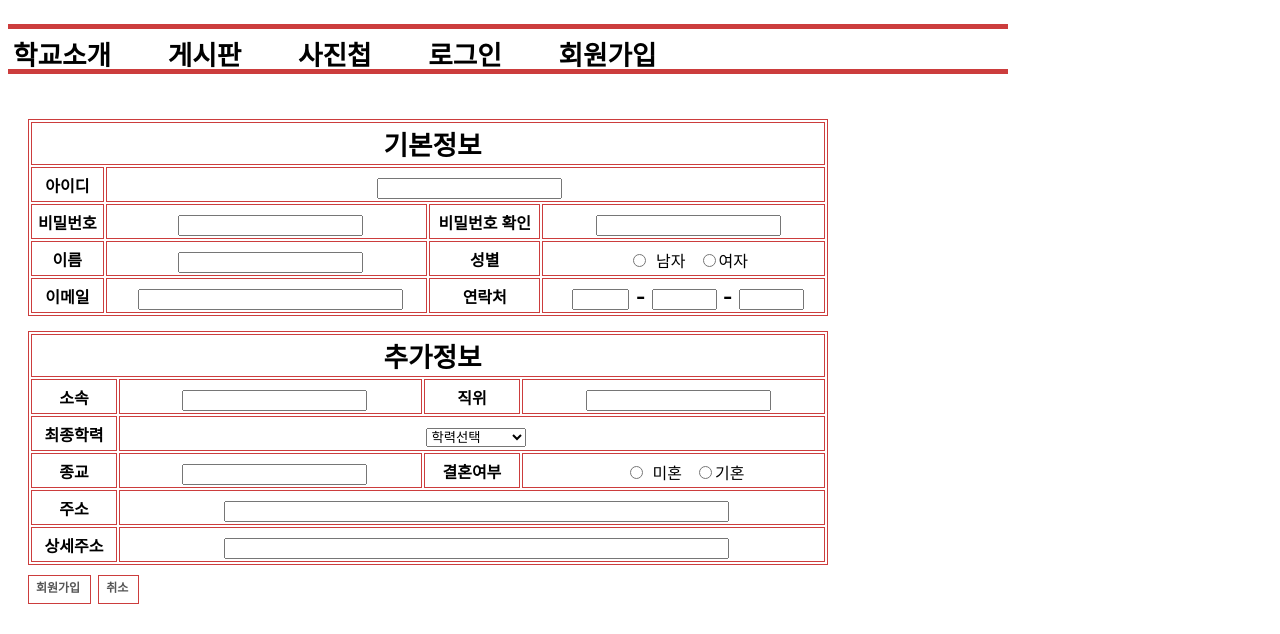
Repository: asaf0813/aisw
Page: java/이클립스/workspace/html/htmltest/WebContent/member/join.html
The author's editor kept a copy of each file at every save. The page is drawn from the files as they stood at one save, then again after the next save.
The browser window is 1280 px wide. The pictures show the part of the page from y = 158 to 792 px (the page is 792 px tall).

Above is the page before, as saved 2019-10-03 10:59:16.

### java/이클립스/workspace/html/htmltest/WebContent/member/join.html
<!doctype html>
<html lang="en">
	<head>
		<meta charset="UTF-8">
		<meta name="Generator" content="EditPlus®">
		<meta name="Author" content="">
		<meta name="Keywords" content="">
		<meta name="Description" content="">
		<title>join</title>
		<link href="./join.css" rel="stylesheet" type="text/css" >
		<style type="text/css">
		a { text-decoration:none }
		</style>


		<script>
			function send(){
				var id_view = document.frm.id_view.value;
				var password = document.frm.password.value;
				var password2 = document.frm.password2.value;
				var email = document.frm.emailAdres.value;
				var tel1 = document.frm.Phone1.value;
				var tel2 = document.frm.Phone2.value;
				var tel3 = document.frm.Phone3.value;
				var tel3 = document.frm.Phone3.value;
				var name = document.frm.name.value;

				if(id_view==""){
					alert("아이디를 입력해주세요");
					document.frm.id_view.focus();
					return;
				} else if(password=="") {
					alert("비밀번호를 입력해주세요");
					document.frm.password.focus();
					return;
				} else if(password2=="") {
					alert("비밀번호를 확인해주세요");
					document.frm.password.focus();
					return;
				} else if(name=="") {
					alert("이름을 입력해주세요.");
					document.frm.password.focus();
					return;
				} else {
					if(confirm("가입하시겠습니까?")) {
						document.frm.submit();
					}
				}

				var regExp = /[a-z0-9]{2,}@[a-z0-9-]{2,}\.[a-z0-9]{2,}/i;

				if(!regExp.test(email)){
					alert("이메일 형식이 일치하지 않습니다.");
					document.frm.emailAdres.focus();
					return;
				}

				var tel1Chk = /^0(2|1[01679])$/;
				var tel2Chk = /^[0-9]{3,}$/;
				var tel3Chk = /^[0-9]{4}$/;

				if (tel1.value != '') {
					if (!tel1Chk.test(tel1)){
						alert("번호형식이 일치하지 않습니다.");
						document.frm.Phone1.focus();
						return;
					}
					if (!tel2Chk.test(tel2)){
						alert("번호형식이 일치하지 않습니다.");
						document.frm.Phone2.focus();
						return;
					}
					if (!tel3Chk.test(tel3)){
						alert("번호형식이 일치하지 않습니다.");
						document.frm.Phone3.focus();
						return;
					}
				}
			}

		</script>
	</head>
	<body>
		<div class="header">
			<a href="../main.html">
			<img width="100%" height="150" src = "http://www.postech.ac.kr/wp-content/themes/postech/images/imgs/signature4.png", alt="" ></a>
		<div>
			<p style="margin-top:20px"></p>
		</div>

		<div class="topnavi_ds">
			<div class="topnavi">
				<a href="../intro/intro.html">학교소개</a> <a href="../board/list.html">게시판</a> <a href="../picture/list.html">사진첩</a> <a href="../member/login.html">로그인</a> <a href="../member/join.html">회원가입</a>
			</div>
		</div>


		<div class="divide"/>

		<div class="body">

			<form name="frm">
				<div class="modify_user">
					<table>
						<tr><td colspan="4" height="30">기본정보</td></tr>
						<tr>
							<th>아이디</th>
							<td colspan="3">
							<input type="text" size="20" maxlength="20" name="id_view" >
							</td>
						</tr>
						<tr>
							<th>비밀번호</th>
							<td><input type="password" path="password" name="password" id="password" title="비밀번호" size="20" maxlength="20" /></td>
							<th>비밀번호 확인</th>
							<td><input name="password2" id="password2" title="비밀번호확인" type="password" size="20" maxlength="20" /></td>
						</tr>
						<tr>
							<th>이름</th>
							<td><input name="userNm" id="userNm" title="사용자이름" type="text" size="20" value="" maxlength="60" /></td>
							<th>성별</th>
							<td>
								<input type="radio" id="gen" name="gen" title="성별" value="남자">
								<span style="font-size:12pt; font-weight:normal;">남자</style>
								&nbsp;&nbsp;<input type="radio" id="gen" name="gen" title="성별" value="여자">여자</span>
							</td>
						</tr>
						<tr>
							<th>이메일</th>
							<td><input name="emailAdres" id="emailAdres" title="이메일주소" cssClass="txaIpt" size="30" maxlength="50" /></td>
							<th>연락처</th>
							<td>
								<input name="Phone1" id="Phone1" title="번호1" cssClass="txaIpt" size="4" maxlength="3" /> -
								<input name="Phone2" id="Phone2" title="번호2" cssClass="txaIpt" size="5" maxlength="4" /> -
								<input name="Phone3" id="Phone3" title="번호3" cssClass="txaIpt" size="5" maxlength="4" />
								<input type="hidden" name="memberPhone" id="memberPhone" title="핸드폰번호" size="20" maxlength="15" />
							</td>
						</tr>
					</table>
					<br />
					<table>
						<tr><td colspan="6" height="30">추가정보</td></tr>
						<tr>
							<th>소속</th>
							<td colspan="1"><input name="orgnz" id="orgnz" title="소속" type="text" size="20" value="" maxlength="60" /></td>
							<th>직위</th>
							<td><input name="position" id="position" title="직위" type="text" size="20" value="" maxlength="60" /></td>
						</tr>
						<tr>
							<th>최종학력</th>
							<td colspan="3">
								<select name="spec" title="최종학력">
									<option value="">학력선택</option>
									<option value="초등학교 재학">초등학교 재학</option>
									<option value="초등학교 졸업">초등학교 졸업</option>
									<option value="중학교 재학">중학교 재학</option>
									<option value="중학교 졸업">중학교 졸업</option>
									<option value="고등학교 재학">고등학교 재학</option>
									<option value="고등학교 졸업">고등학교 졸업</option>
									<option value="대학교 재학">대학교 재학</option>
									<option value="대학교 졸업">대학교 졸업</option>
									<option value="대학원 재학">대학원 재학</option>
								</select>
							</td>
						</tr>
						<tr>
							<th>종교</th>
							<td><input name="religion" id="religion" title="종교" type="text" size="20" value="" maxlength="60" /></td>
							<th>결혼여부</th>
							<td>
								&nbsp;&nbsp;<input type="radio" name="marry" value="미혼">
								<span style="font-size:12pt; font-weight:normal;">미혼</style>
								&nbsp;&nbsp;<input type="radio" name="marry" value="기혼">기혼</span>
							</td>
						</tr>
						<tr>
							<th>주소</th>
							<td colspan="3">
								<input type="text" name="zipcode" size="60">
							</td>
						</tr>
						<tr>
							<th>상세주소</th>
							<td colspan="3">
								<input type="text" class="addr" name="addr_remain" size="60">
							</td>
						</tr>
					</table>

					<div class="buttons" style="padding-top:10px;padding-bottom:30px; float:left;">
						<a href="#LINK" onclick="javascript:send(); return false;">회원가입</a>
						<a href="#LINK">취소</a>
					</div>
				</div>
			</form>
		</div>
	</body>
</html>

### java/이클립스/workspace/html/htmltest/WebContent/member/join.css
.header a:hover{color:red;}
.header a{color:blue;}

.header{
	width:1000px;
	height:50px;
	float:left;
	font-size: 9pt;
}

.topnavi_ds{
	width:100%;
	height:5px;
	background-color:#CC3D3D;
	float:left;
}
.topnavi a:hover{color:green;}
.topnavi a{color:#000000;}

.topnavi{
	width:1000px; height:30px;
	float:left;
	margin-top:10px;
	margin-left:5px;
	font-size: 20pt;
	font-weight: bold;
	word-spacing:50px;
}

.divide{
	width:100%;
	height:5px;
	float:left;
	margin-top: 25px;
	background-color:#CC3D3D;
	margin-top:40px;
}

.body{
	font-size: 9pt;
	margin-top:50px;
	margin-left:20px;
	width:1000px;
	height:500px;
	float:left;
}





.modify_user table{
	clear:both; width:800px;
	border: 1px solid #CC3D3D;
    overflow: hidden;
    white-space: nowrap;
    text-align:center;
}

.modify_user table th {
	font-size:12pt;
	background-color:#FFFFFF;
	border:1px solid #CC3D3D;
    color:#000000;
}

.modify_user table td{
	font-weight:bold;
	font-size:20pt;
	background-color:#ffffff;
	border:1px solid #CC3D3D;
    color:#000000;
    padding-left:10px;

}


/* btn */
.buttons a, .buttons button{

    display:block;
    float:left;
    margin:0 7px 0 0;
    background-color:#FFFFFF;
    border:1px solid #CC3D3D;
    font-size:9pt;
    line-height:130%;
    text-decoration:none;
    font-weight:bold;
    color:#565656;
    cursor:pointer;
    padding:5px 10px 6px 7px; /* Links */
}

.buttons a:hover{color:#4786AD;}

After the next save:
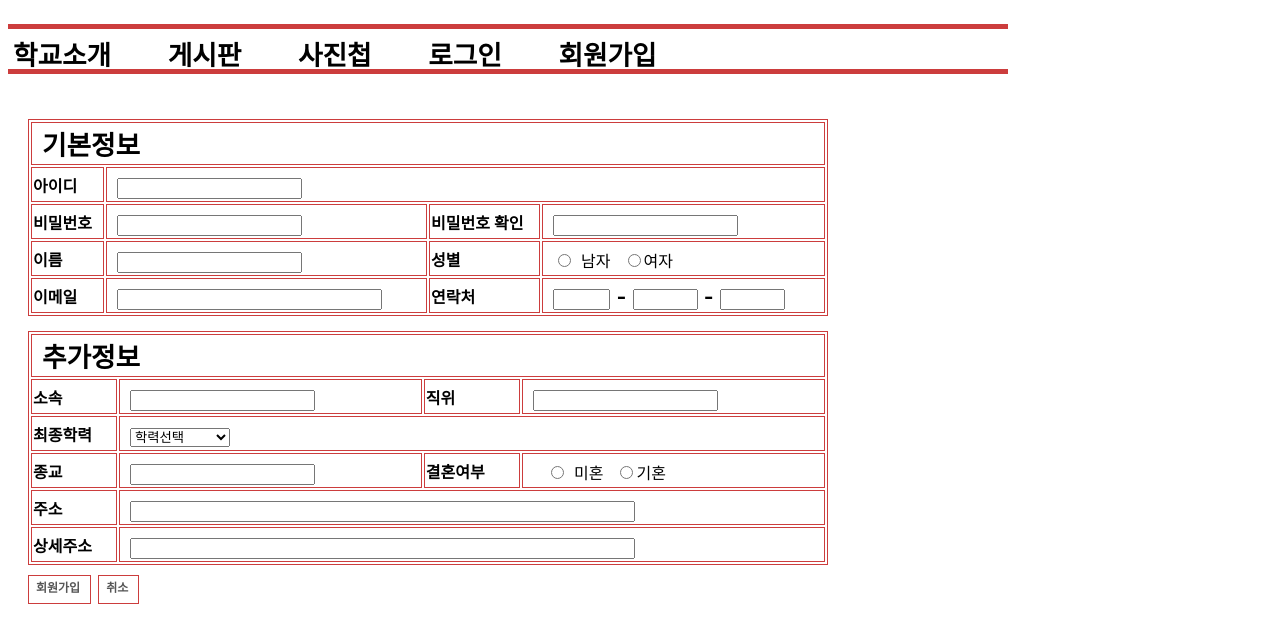
Saved 15 s later.
--- a/java/이클립스/workspace/html/htmltest/WebContent/member/join.css
+++ b/java/이클립스/workspace/html/htmltest/WebContent/member/join.css
@@ -54,7 +54,7 @@
 	border: 1px solid #CC3D3D;
     overflow: hidden;
     white-space: nowrap;
-    text-align:center;
+    text-align:left;
 }
 
 .modify_user table th {
